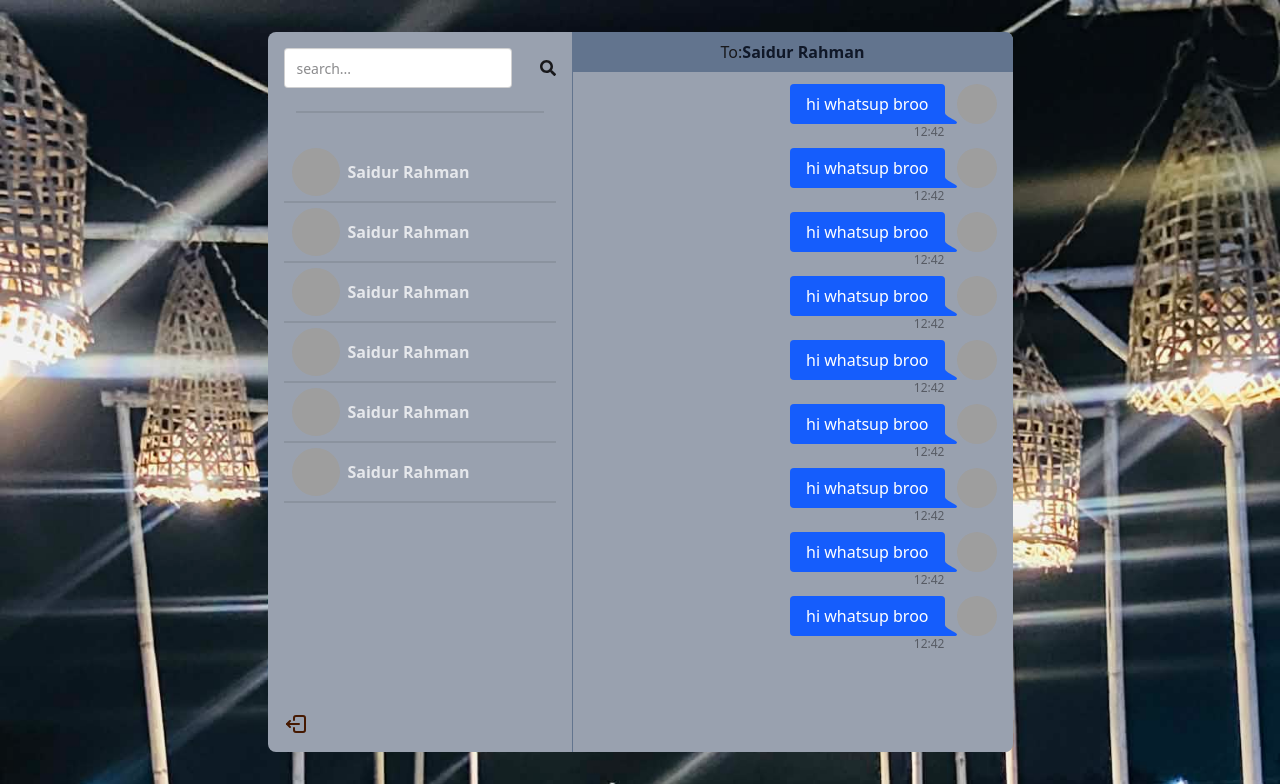
Repository: ridhukhan/chatapp
Page: / (app in frontend/)
These files come from the project's save history. The page is drawn as it stood at one moment and after the next save; the edit follows.
The browser window is 1280 px wide. The pictures show the whole page.
Pictures or frames that could not be fetched are drawn as grey boxes. Backgrounds fixed to the window are drawn as part of the page. The project was rebuilt for these pictures with package versions that can differ from the ones it lists, and the page was loaded fresh each time. Also part of the build but not shown: frontend/vite.config.js, frontend/src/Pages/login/Login.jsx, frontend/src/Pages/signup/GendarCheckbox.jsx, frontend/src/Pages/signup/SignUp.jsx.

Above is the page before, as saved 2025-12-25 18:57:39.

### frontend/src/index.css
@import "tailwindcss";
@plugin "daisyui";


body{

background-image: url("/bg1.jpeg");
background-repeat: no-repeat;
background-size: cover;
background-position: center;
background-attachment: fixed;
}

### frontend/src/App.jsx

import './App.css'
import Home from './Pages/home/Home'
import Login from './Pages/login/Login'
import SignUp from './Pages/signup/SignUp'

function App() {

  return (
    <div className='p-4 h-screen flex items-center justify-center'>
<Home/>
    </div>
  )
}

export default App

### frontend/src/Pages/home/Home.jsx
import React from 'react'
import Sidebar from '../../Components/sidebar/Sidebar'
import MessageContainer from '../../Components/messages/MessageContainer'

const Home = () => {
  return (
    <div className='bg-gray-400 bg-clip-padding backdrop-filter backdrop-blur-lg bg-opacity-o  flex  rounded-lg overflow-hidden'>




      <Sidebar/>
      <MessageContainer/>
    </div>
  )
}

export default Home

### frontend/src/Components/sidebar/Sidebar.jsx
import React from 'react'
import SearchInput from './SearchInput'
import Conversations from './Conversations'
import Logoutbtn from './Logoutbtn'

const Sidebar = () => {
  return (
    <div className='border-r border-slate-500 p-4 flex flex-col'>
<SearchInput/>
<div  className='divider px-3'></div>
<Conversations/>


<Logoutbtn/>
    </div>
  )
}

export default Sidebar

### frontend/src/Components/messages/MessageContainer.jsx
import React from 'react'
import Messages from './Messages'

const MessageContainer = () => {
  return (
    <div className='md:min-w-110 flex flex-col  h-screen'>


        <>
        <div className='bg-slate-500 px-4 py-2 mb-2'>
            <span className='label-text'>To:</span>
            <span className='text-gray-900 font-bold'>Saidur Rahman</span>
        </div>
        <Messages/>

        </>
    </div>
  )
}

export default MessageContainer

### frontend/src/Components/sidebar/SearchInput.jsx
import React from 'react'
import { FaSearch } from "react-icons/fa";
const SearchInput = () => {
  return (
    <form className='flex items-center gap-2'>
<input type='text' placeholder='search...' className='input input-bordered rouunded-full'/>
<button type="submit" className='ml-5 btn-circle'><FaSearch /></button>
    </form>
  )
}

export default SearchInput

### frontend/src/Components/sidebar/Conversations.jsx
import React from 'react'
import Conversation from './Conversation'

const Conversations = () => {
  return (
    <div className='py-2 flex flex-col overflow-auto'>

<Conversation/>
<Conversation/>
<Conversation/>
<Conversation/>
<Conversation/>
<Conversation/>


    </div>
  )
}

export default Conversations

### frontend/src/Components/sidebar/Logoutbtn.jsx
import React from 'react'
import { TbLogout2 } from "react-icons/tb";
const Logoutbtn = () => {
  return (
    <div className='mt-auto'>

<TbLogout2 className='w-6 h-6 text-amber-950 cursor-pointer'/>

    </div>
  )
}

export default Logoutbtn

### frontend/src/Components/messages/Messages.jsx
import React from 'react'
import Message from './Message'

const Messages = () => {
  return (
    <div className='  px-4 flex-1 overflow-y-auto'>

<Message/>
<Message/>
<Message/>
<Message/>
<Message/>
<Message/>
<Message/>
<Message/>
<Message/>






    </div>
  )
}

export default Messages

### frontend/src/Components/sidebar/Conversation.jsx
import React from 'react'

const Conversation = () => {
  return (
    <>
<div className='flex gap-2 items-center hover:bg-sky-500 rounded p-2 py-1 cursor-pointer'>
<div className='avatar online'>
<div className='w-12 rounded-full'>
    <img src="https://cdn0.iconfinder.com/data/icons/communication-line-10/24/account_profile_user_contact_person_avatar_placeholder-512.png" alt="user avater" />
</div>
</div>
<div className='flex flex-col flex-1'>

    <div className='flex gap-3 justify-between'>
        <p className='font-bold text-gray-200'>Saidur Rahman</p>
        <span></span>
    </div>
</div>
</div>
<div className='divider my-0 py-0 h-1'/>


    </>
  )
}

export default Conversation

### frontend/src/Components/messages/Message.jsx
import React from 'react'

const Message = () => {
  return (
    <div className='chat chat-end'>

<div className='chat-image avatar'>
<div className='w-10 rounded-full'>
    <img src="https://cdn0.iconfinder.com/data/icons/communication-line-10/24/account_profile_user_contact_person_avatar_placeholder-512.png" alt="Tailwind css chat bubble component" />


</div>
</div>

    <div  className={'chat-bubble  text-white bg-blue-600'}>hi whatsup broo</div>
    <div  className={'chat-footer opacity-50 text-xs flex gap-1 items-center'}>12:42</div>


</div>
  )
}

export default Message

Loaded but not shown: frontend/index.html (common file); frontend/src/main.jsx (common file); frontend/src/App.css (common file)

After the next save:
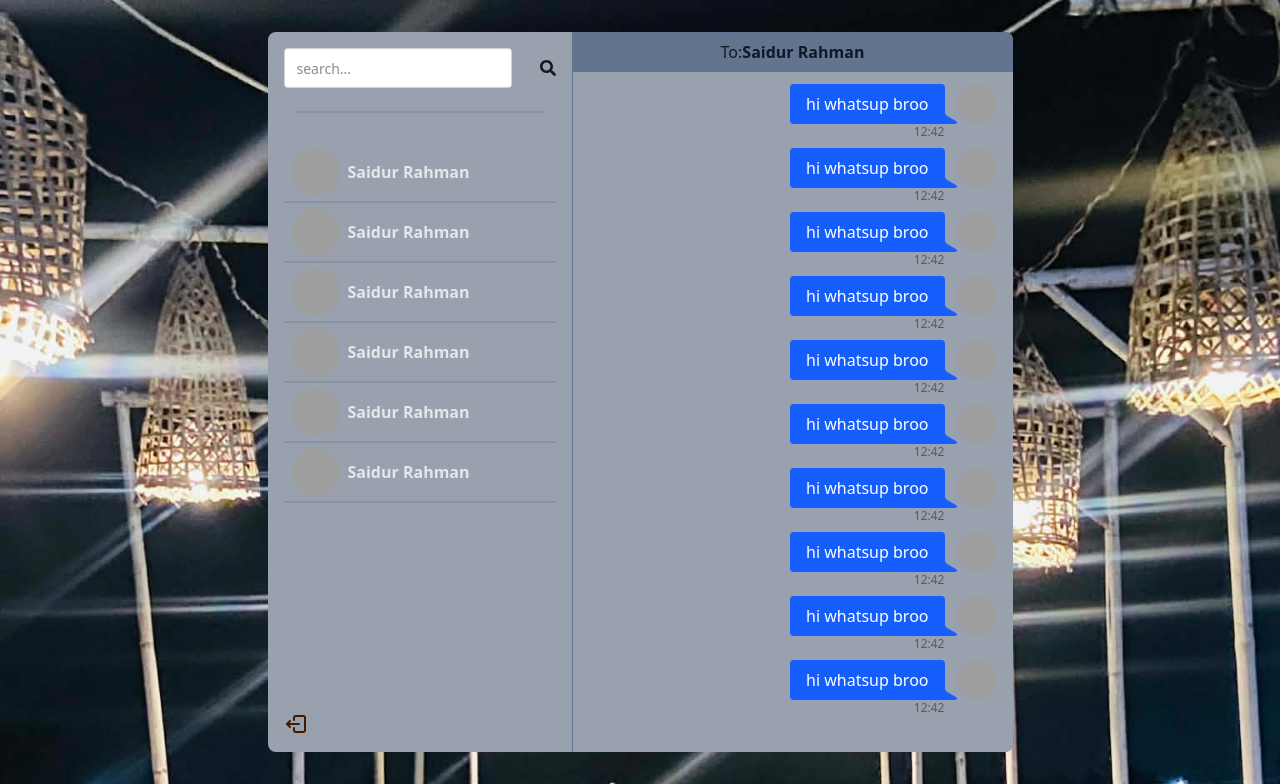
Saved 67 s later.
--- a/frontend/src/Components/messages/Messages.jsx
+++ b/frontend/src/Components/messages/Messages.jsx
@@ -14,6 +14,8 @@ const Messages = () => {
 <Message/>
 <Message/>
 <Message/>
+<Message/>
+
 
 
 
